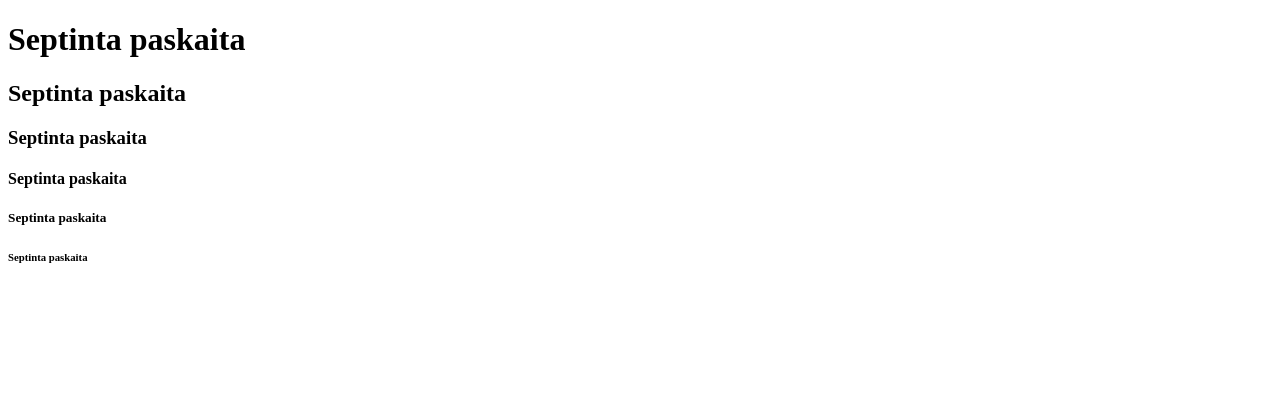
Repository: motiejus1/07-paskaita-05.31
Page: index.html
An editor plug-in stored every save of this project. The page is shown before and after the next save, followed by the edit.
The browser window is 1280 px wide. The pictures show the whole page.

Above is the page before, as saved 2021-06-10 18:27:26.

After the next save:
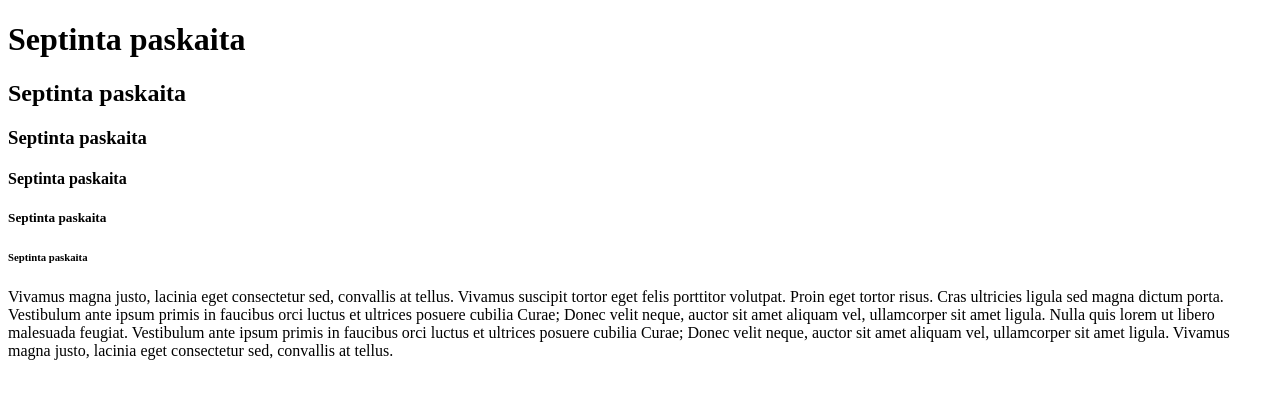
Saved 15 s later.
--- a/index.html
+++ b/index.html
@@ -14,6 +14,6 @@
     <h5>Septinta paskaita</h5>
     <h6>Septinta paskaita</h6>
 
-    <p></p>
+    <p>Vivamus magna justo, lacinia eget consectetur sed, convallis at tellus. Vivamus suscipit tortor eget felis porttitor volutpat. Proin eget tortor risus. Cras ultricies ligula sed magna dictum porta. Vestibulum ante ipsum primis in faucibus orci luctus et ultrices posuere cubilia Curae; Donec velit neque, auctor sit amet aliquam vel, ullamcorper sit amet ligula. Nulla quis lorem ut libero malesuada feugiat. Vestibulum ante ipsum primis in faucibus orci luctus et ultrices posuere cubilia Curae; Donec velit neque, auctor sit amet aliquam vel, ullamcorper sit amet ligula. Vivamus magna justo, lacinia eget consectetur sed, convallis at tellus.</p>
 </body>
 </html>
